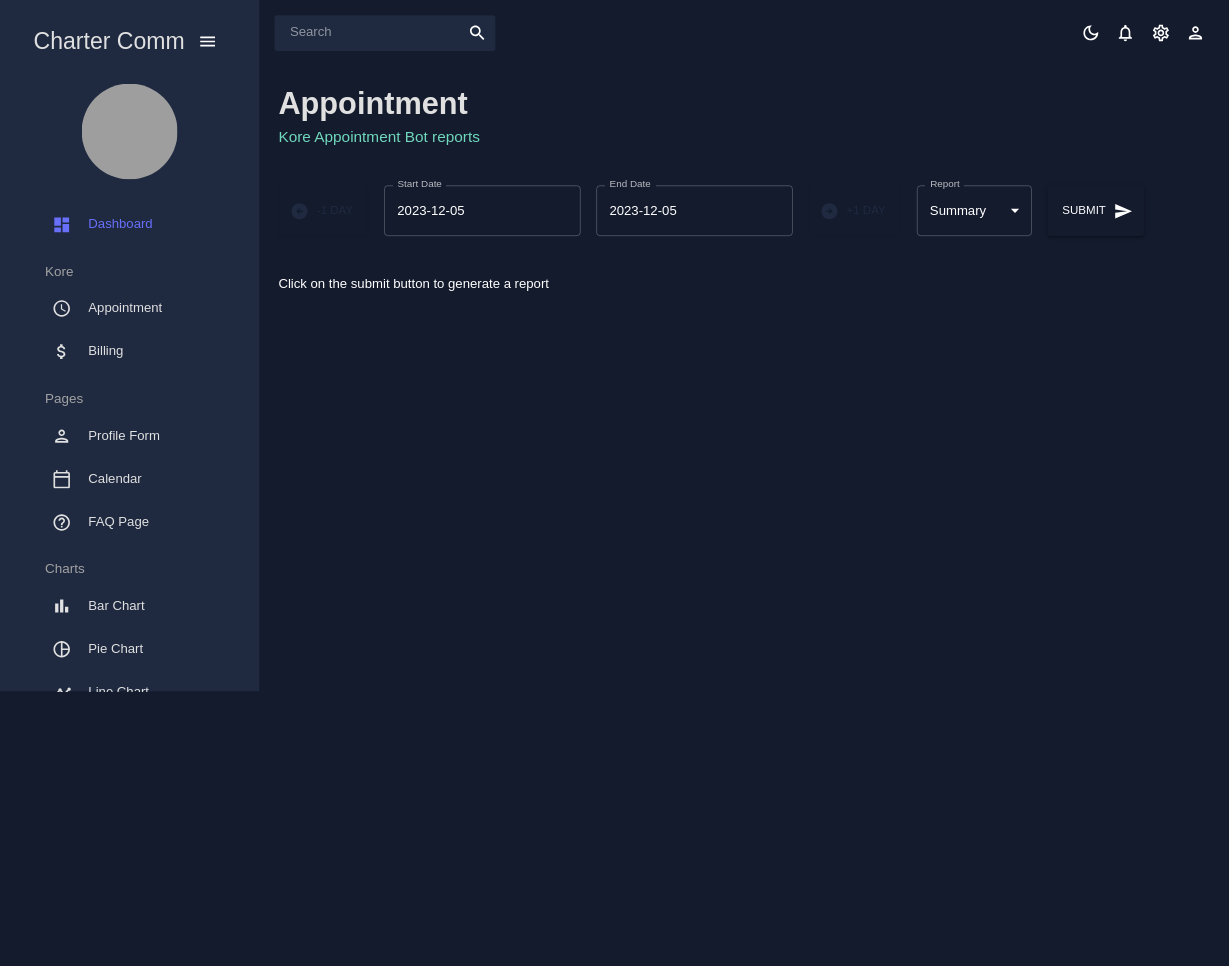
Repository: HenrryWith2Rs/reporthub
Page: /kore/appt (app in ui/)
These files come from the project's save history. The page is drawn as it stood at one moment and after the next save; the edit follows.
The browser window is 1280 px wide. The pictures show the whole page, at 96% of full size.
Pictures or frames that could not be fetched are drawn as grey boxes. The project was rebuilt for these pictures with package versions that can differ from the ones it lists, and the page was loaded fresh each time. Also part of the build but not shown: ui/vite.config.ts, ui/src/data/mockData.ts, ui/src/components/LineChart.tsx, ui/src/data/mockGeoFeatures.ts, ui/src/components/GeographyChart.tsx, ui/src/data/dataParser.ts, ui/src/components/BarChart.tsx, ui/src/components/ProgressCircle.tsx and 8 more.

Above is the page before, as saved 2023-12-08 21:23:20.

### ui/src/main.tsx
import React from 'react';
import ReactDOM from 'react-dom/client';
import { BrowserRouter } from 'react-router-dom';
import App from './App.tsx';
import './index.css';
import { LocalizationProvider } from '@mui/x-date-pickers';
import { AdapterDateFns } from '@mui/x-date-pickers/AdapterDateFns';
import { QueryClient, QueryClientProvider } from '@tanstack/react-query';
// import {ReactQueryDevtools} from "@tanstack/react-query-devtools"

const queryClient = new QueryClient();

ReactDOM.createRoot(document.getElementById('root')!).render(
  <React.StrictMode>
    <LocalizationProvider dateAdapter={AdapterDateFns}>
      <BrowserRouter>
        <QueryClientProvider client={queryClient}>
          <App />
        </QueryClientProvider>
      </BrowserRouter>
    </LocalizationProvider>
  </React.StrictMode>
);

### ui/src/App.tsx
import { Routes, Route } from 'react-router-dom';
import ThemeRegistry from './ThemeRegistry/ThemeRegistry';
import Topbar from './scenes/global/Topbar';
import Sidebar from './scenes/global/Sidebar';
import Dashboard from './scenes/dashboard';
import Appointment from './scenes/appointment';
import Bar from './scenes/bar';
import Pie from './scenes/pie';
import Line from './scenes/line';
import Geography from './scenes/geography';

function App() {
  return (
    <ThemeRegistry>
      <div className="app">
        <Sidebar />
        <main className="content">
          <Topbar />
          <Routes>
            <Route path="/" element={<Dashboard />} />
            <Route path="/kore/appt" element={<Appointment />} />
            <Route path="/bar" element={<Bar />} />
            <Route path="/pie" element={<Pie />} />
            <Route path="/line" element={<Line />} />
            <Route path="/geography" element={<Geography />} />
          </Routes>
        </main>
      </div>
    </ThemeRegistry>
  );
}

export default App;

### ui/src/index.css
@import url('https://fonts.googleapis.com/css2?family=Poppins:wght@300;400;500;600&family=Source+Code+Pro:wght@400;600;700&display=swap');

html,
body,
#root,
.app,
.content {
  height: 100%;
  width: 100%;
  font-family: 'Source Sans Pro', sans-serif;
}

.app {
  display: flex;
  position: relative;
}

::-webkit-scrollbar {
  width: 10px;
}

/* Track */
::-webkit-scrollbar-track {
  background: #e0e0e0;
}

/* Handle */
::-webkit-scrollbar-thumb {
  background: #888;
}

/* Handle on hover */
::-webkit-scrollbar-thumb:hover {
  background: #555;
}

### ui/src/ThemeRegistry/ThemeRegistry.tsx
import { ThemeProvider, CssBaseline } from '@mui/material';
import { ColorModeContext, useMode } from './theme';

export default function ThemeRegistry({
  children,
}: {
  children: React.ReactNode;
}) {
  const [theme, colorMode] = useMode();
  return (
    <ColorModeContext.Provider value={colorMode}>
      <ThemeProvider theme={theme}>
        {/* CssBaseline kickstart an elegant, consistent, and simple baseline to build upon. */}
        <CssBaseline />
        {children}
      </ThemeProvider>
    </ColorModeContext.Provider>
  );
}

### ui/src/scenes/global/Topbar.tsx
import { Box, IconButton, useTheme } from '@mui/material';
import { useContext } from 'react';
import { ColorModeContext, tokens } from '../../ThemeRegistry/theme';
import InputBase from '@mui/material/InputBase';
import LightModeOutlinedIcon from '@mui/icons-material/LightModeOutlined';
import DarkModeOutlinedIcon from '@mui/icons-material/DarkModeOutlined';
import NotificationsOutlinedIcon from '@mui/icons-material/NotificationsOutlined';
import SettingsOutlinedIcon from '@mui/icons-material/SettingsOutlined';
import PersonOutlinedIcon from '@mui/icons-material/PersonOutlined';
import SearchIcon from '@mui/icons-material/Search';

const Topbar = () => {
  const theme = useTheme();
  const colors = tokens(theme.palette.mode);
  const colorMode = useContext(ColorModeContext);

  return (
    <Box display="flex" justifyContent="space-between" p={2}>
      {/* SEARCH BAR */}
      <Box
        sx={{
          display: 'flex',
          backgroundColor: colors.primary[400],
          borderRadius: '3px',
        }}
      >
        <InputBase sx={{ ml: 2, flex: 1 }} placeholder="Search" />
        <IconButton type="button" sx={{ p: 1 }}>
          <SearchIcon />
        </IconButton>
      </Box>

      {/* ICONS */}
      <Box display="flex">
        <IconButton onClick={colorMode.toggleColorMode}>
          {theme.palette.mode === 'dark' ? (
            <DarkModeOutlinedIcon />
          ) : (
            <LightModeOutlinedIcon />
          )}
        </IconButton>
        <IconButton>
          <NotificationsOutlinedIcon />
        </IconButton>
        <IconButton>
          <SettingsOutlinedIcon />
        </IconButton>
        <IconButton>
          <PersonOutlinedIcon />
        </IconButton>
      </Box>
    </Box>
  );
};

export default Topbar;

### ui/src/scenes/appointment/index.tsx
import { useState, useEffect } from 'react';
import { tokens } from '../../ThemeRegistry/theme';
import Header from '../../components/Header';
import {
  useTheme,
  Box,
  Stack,
  Button,
  IconButton,
  MenuItem,
  InputLabel,
  FormControl,
  CircularProgress,
} from '@mui/material';
import SendIcon from '@mui/icons-material/Send';
import ArrowCircleLeftIcon from '@mui/icons-material/ArrowCircleLeft';
import ArrowCircleRightIcon from '@mui/icons-material/ArrowCircleRight';
import Select, { SelectChangeEvent } from '@mui/material/Select';
import { DatePicker } from '@mui/x-date-pickers/DatePicker';
import { format } from 'date-fns';
import { getLastNDays } from '../../utils/dateUtils';
import { ReportType } from '../../types/koreTypes';
import useBotData from '../../api/dataHooks/useAppointmentData';
import BotReport from '../../components/BotReport';
import { ArrowLeftIcon } from '@mui/x-date-pickers';

const Appointment = () => {
  const theme = useTheme();
  const colors = tokens(theme.palette.mode);

  // State variables
  const [dateStart, setDateStart] = useState<Date | null>(new Date());
  const [dateEnd, setDateEnd] = useState<Date | null>(new Date());
  const [reportType, setReportType] = useState<ReportType>('summary');
  const [isFetchEnabled, setIsFetchEnabled] = useState<boolean>(false);

  // Effect to set initial date values
  useEffect(() => {
    const { startDate, endDate } = getLastNDays(1);
    setDateStart(startDate);
    setDateEnd(endDate);
  }, []);

  // Format date values
  const formattedStartDate = formatDate(dateStart);
  const formattedEndDate = formatDate(dateEnd);

  // Fetch data using useBotData
  const { data, isFetching, error, refetch } = useBotData(
    'appointment',
    formattedStartDate,
    formattedEndDate,
    reportType,
    'html',
    isFetchEnabled
  );

  // Log loading, error, or API response
  if (isFetching) {
    console.log('Loading...');
  } else if (error) {
    console.error('Error fetching data');
  } else if (data) {
    console.log('API Response:', data);
    // Display data or update state as needed
  }

  // Handle select change
  const handleSelectChange = (event: SelectChangeEvent) => {
    setReportType(event.target.value as ReportType);
  };

  // Handle form submission
  const handleSubmit = () => {
    setIsFetchEnabled(true); // Enable fetching
    refetch(); // Trigger API call
  };
  return (
    <Box m="20px">
      <Header title="Appointment" subtitle="Kore Appointment Bot reports" />
      <Box m="40px 0 0 0" height="75vh">
        <Stack direction="row" spacing={2}>
          <Button
            variant="outlined"
            sx={{ color: colors.primary[400] }}
            startIcon={<ArrowCircleLeftIcon />}
          >
            -1 Day
          </Button>
          <DatePicker
            label="Start Date"
            format="yyyy-MM-dd"
            value={dateStart}
            onChange={(newValue) => setDateStart(newValue)}
          />
          <DatePicker
            label="End Date"
            format="yyyy-MM-dd"
            value={dateEnd}
            onChange={(newValue) => setDateEnd(newValue)}
          />
          <Button
            variant="outlined"
            sx={{ color: colors.primary[400] }}
            startIcon={<ArrowCircleRightIcon />}
          >
            +1 Day
          </Button>
          <FormControl sx={{ minWidth: 120 }}>
            <InputLabel>Report</InputLabel>
            <Select
              value={reportType}
              label="Report"
              onChange={handleSelectChange}
            >
              <MenuItem value={'summary'}>Summary</MenuItem>
              <MenuItem value={'detailed'}>Detailed</MenuItem>
            </Select>
          </FormControl>
          <Button
            variant="contained"
            endIcon={<SendIcon />}
            onClick={handleSubmit}
          >
            Submit
          </Button>
        </Stack>
        <Box m="40px 0 0 0" height="100vh">
          {isFetching ? (
            <CircularProgress />
          ) : error ? (
            <div>Error fetching data. Please try again.</div>
          ) : data ? (
            <BotReport html={data.message} />
          ) : (
            <div>Click on the submit button to generate a report</div>
          )}
        </Box>
      </Box>
    </Box>
  );
};

const formatDate = (date: Date | null): string => {
  return date ? format(date, 'yyyy-MM-dd') : '';
};

export default Appointment;

### ui/src/ThemeRegistry/theme.ts
import { createContext, useState, useMemo } from 'react';
import { Theme, createTheme } from '@mui/material/styles';

type Mode = 'dark' | 'light';

// color design tokens export
export const tokens = (mode: Mode) => ({
  ...(mode === 'dark'
    ? {
        grey: {
          100: '#e0e0e0',
          200: '#c2c2c2',
          300: '#a3a3a3',
          400: '#858585',
          500: '#666666',
          600: '#525252',
          700: '#3d3d3d',
          800: '#292929',
          900: '#141414',
        },
        primary: {
          100: '#d0d1d5',
          200: '#a1a4ab',
          300: '#727681',
          400: '#1F2A40',
          500: '#141b2d',
          600: '#101624',
          700: '#0c101b',
          800: '#080b12',
          900: '#040509',
        },
        greenAccent: {
          100: '#dbf5ee',
          200: '#b7ebde',
          300: '#94e2cd',
          400: '#70d8bd',
          500: '#4cceac',
          600: '#3da58a',
          700: '#2e7c67',
          800: '#1e5245',
          900: '#0f2922',
        },
        redAccent: {
          100: '#f8dcdb',
          200: '#f1b9b7',
          300: '#e99592',
          400: '#e2726e',
          500: '#db4f4a',
          600: '#af3f3b',
          700: '#832f2c',
          800: '#58201e',
          900: '#2c100f',
        },
        blueAccent: {
          100: '#e1e2fe',
          200: '#c3c6fd',
          300: '#a4a9fc',
          400: '#868dfb',
          500: '#6870fa',
          600: '#535ac8',
          700: '#3e4396',
          800: '#2a2d64',
          900: '#151632',
        },
      }
    : {
        grey: {
          100: '#141414',
          200: '#292929',
          300: '#3d3d3d',
          400: '#525252',
          500: '#666666',
          600: '#858585',
          700: '#a3a3a3',
          800: '#c2c2c2',
          900: '#e0e0e0',
        },
        primary: {
          100: '#040509',
          200: '#080b12',
          300: '#0c101b',
          400: '#f2f0f0', // manually changed
          500: '#141b2d',
          600: '#1F2A40',
          700: '#727681',
          800: '#a1a4ab',
          900: '#d0d1d5',
        },
        greenAccent: {
          100: '#0f2922',
          200: '#1e5245',
          300: '#2e7c67',
          400: '#3da58a',
          500: '#4cceac',
          600: '#70d8bd',
          700: '#94e2cd',
          800: '#b7ebde',
          900: '#dbf5ee',
        },
        redAccent: {
          100: '#2c100f',
          200: '#58201e',
          300: '#832f2c',
          400: '#af3f3b',
          500: '#db4f4a',
          600: '#e2726e',
          700: '#e99592',
          800: '#f1b9b7',
          900: '#f8dcdb',
        },
        blueAccent: {
          100: '#151632',
          200: '#2a2d64',
          300: '#3e4396',
          400: '#535ac8',
          500: '#6870fa',
          600: '#868dfb',
          700: '#a4a9fc',
          800: '#c3c6fd',
          900: '#e1e2fe',
        },
      }),
});

// mui theme settings
export const themeSettings = (mode: Mode) => {
  const colors = tokens(mode);
  return {
    palette: {
      mode: mode,
      ...(mode === 'dark'
        ? {
            // palette values for dark mode
            primary: {
              main: colors.primary[500],
            },
            secondary: {
              main: colors.greenAccent[500],
            },
            neutral: {
              dark: colors.grey[700],
              main: colors.grey[500],
              light: colors.grey[100],
            },
            background: {
              default: colors.primary[500],
            },
          }
        : {
            // palette values for light mode
            primary: {
              main: colors.primary[100],
            },
            secondary: {
              main: colors.greenAccent[500],
            },
            neutral: {
              dark: colors.grey[700],
              main: colors.grey[500],
              light: colors.grey[100],
            },
            background: {
              default: '#fcfcfc',
            },
          }),
    },
    typography: {
      fontFamily: ['Source Sans Pro', 'sans-serif'].join(','),
      fontSize: 12,
      h1: {
        fontFamily: ['Source Sans Pro', 'sans-serif'].join(','),
        fontSize: 40,
      },
      h2: {
        fontFamily: ['Source Sans Pro', 'sans-serif'].join(','),
        fontSize: 32,
      },
      h3: {
        fontFamily: ['Source Sans Pro', 'sans-serif'].join(','),
        fontSize: 24,
      },
      h4: {
        fontFamily: ['Source Sans Pro', 'sans-serif'].join(','),
        fontSize: 20,
      },
      h5: {
        fontFamily: ['Source Sans Pro', 'sans-serif'].join(','),
        fontSize: 16,
      },
      h6: {
        fontFamily: ['Source Sans Pro', 'sans-serif'].join(','),
        fontSize: 14,
      },
    },
  };
};

// context for color mode
export const ColorModeContext = createContext({
  toggleColorMode: () => {},
});

export const useMode = (): [Theme, { toggleColorMode: () => void }] => {
  const [mode, setMode] = useState<Mode>('dark');

  const colorMode = useMemo(
    () => ({
      toggleColorMode: () =>
        setMode((prev) => (prev === 'light' ? 'dark' : 'light')),
    }),
    []
  );

  const theme = useMemo(() => createTheme(themeSettings(mode)), [mode]);
  return [theme, colorMode];
};

### ui/src/components/Header.tsx
import { Typography, Box, useTheme } from '@mui/material';
import { tokens } from '../ThemeRegistry/theme';

type HeaderProps = {
  title: string;
  subtitle: string;
};

const Header = ({ title, subtitle }: HeaderProps) => {
  const theme = useTheme();
  const colors = tokens(theme.palette.mode);
  return (
    <Box mb="30px">
      <Typography
        variant="h2"
        color={colors.grey[100]}
        fontWeight="bold"
        sx={{ m: '0 0 5px 0' }}
      >
        {title}
      </Typography>
      <Typography variant="h5" color={colors.greenAccent[400]}>
        {subtitle}
      </Typography>
    </Box>
  );
};

export default Header;

### ui/src/utils/dateUtils.ts
import { subDays } from 'date-fns';

export function getLastNDays(n: number): {
  startDate: Date;
  endDate: Date;
} {
  const currentDate = new Date();
  const endDate = subDays(currentDate, 1);
  const startDate = subDays(currentDate, n);

  return { startDate, endDate };
}

### ui/src/api/dataHooks/useAppointmentData.ts
// useBotData.ts
import { useQuery } from '@tanstack/react-query';
import {
  RequestParameters,
  BotType,
  ReportType,
  FormatType,
} from '../../types/koreTypes';
import { fetchAppointmentData } from '../data/koreBotDataFetcher';

const useBotData = (
  botType: string,
  dateStart: string,
  dateEnd: string,
  reportType: string,
  format: string,
  isFetchEnabled: boolean
) => {
  const params: RequestParameters = {
    bot: botType as BotType,
    reportType: reportType as ReportType,
    format: format as FormatType,
    dateStart,
    dateEnd,
  };

  const { data, isFetching, error, refetch } = useQuery({
    queryKey: [`${botType}Data`, dateStart, dateEnd],
    queryFn: () => fetchAppointmentData(params),
    enabled: isFetchEnabled,
  });

  return {
    data,
    isFetching,
    error,
    refetch,
  };
};

export default useBotData;

### ui/src/api/data/koreBotDataFetcher.ts
import axios from 'axios';
import { RequestParameters } from '../../types/koreTypes';

export const fetchAppointmentData = async (params: RequestParameters) => {
  try {
    const response = await axios.post(
      'http://localhost:3000/api/kore/appt',
      params
    );

    return response.data;
  } catch (error) {
    throw new Error(`Failed to fetch appointment data -> ${error}`);
  }
};

Loaded but not shown: ui/index.html (common file); ui/src/scenes/global/Sidebar.tsx (235 lines, source omitted)

After the next save:
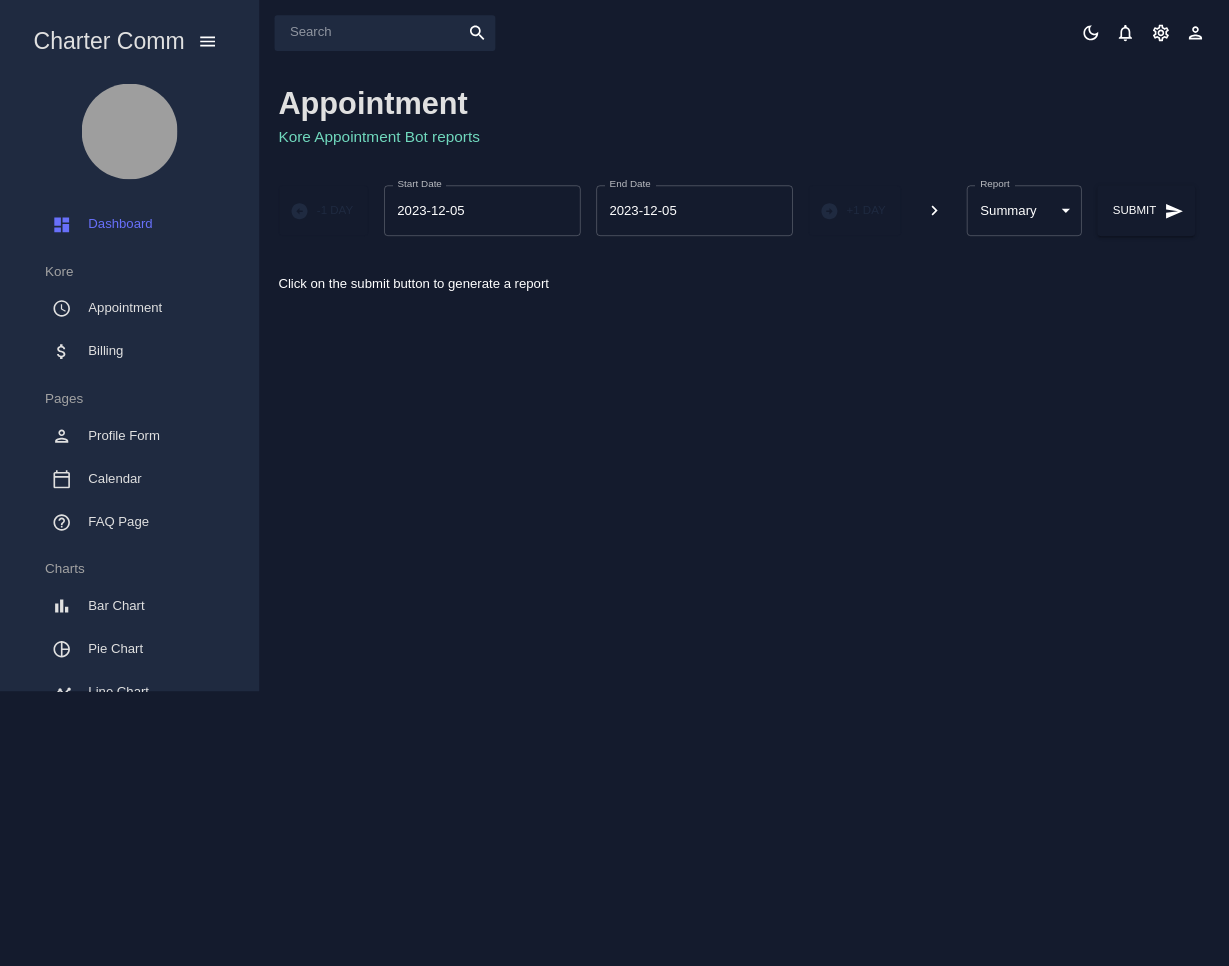
Saved 20 h 38 min later.
--- a/ui/src/scenes/appointment/index.tsx
+++ b/ui/src/scenes/appointment/index.tsx
@@ -22,7 +22,7 @@ import { getLastNDays } from '../../utils/dateUtils';
 import { ReportType } from '../../types/koreTypes';
 import useBotData from '../../api/dataHooks/useAppointmentData';
 import BotReport from '../../components/BotReport';
-import { ArrowLeftIcon } from '@mui/x-date-pickers';
+import { ArrowLeftIcon, ArrowRightIcon } from '@mui/x-date-pickers';
 
 const Appointment = () => {
   const theme = useTheme();
@@ -106,6 +106,9 @@ const Appointment = () => {
           >
             +1 Day
           </Button>
+          <IconButton>
+            <ArrowRightIcon />
+          </IconButton>
           <FormControl sx={{ minWidth: 120 }}>
             <InputLabel>Report</InputLabel>
             <Select
